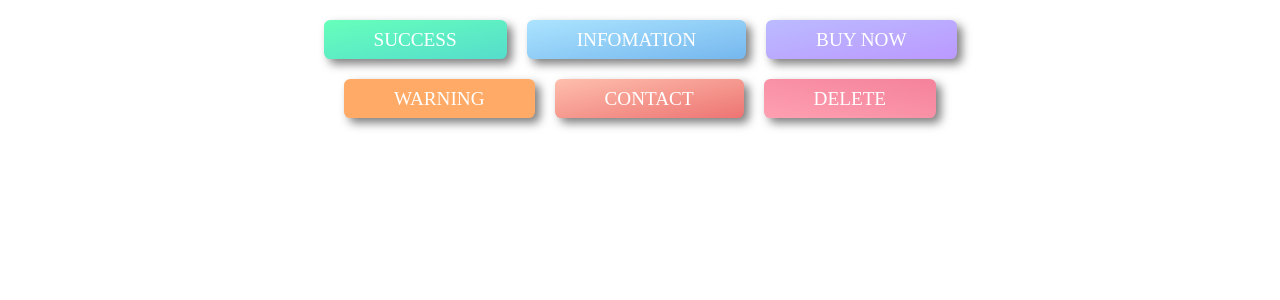
Repository: ThanhPhongsof/Css-Course
Page: index.html
These files come from the project's save history. The page is drawn as it stood at one moment and after the next save; the edit follows.
The browser window is 1280 px wide. The pictures show the whole page.

Above is the page before, as saved 2022-05-16 08:25:29.

### index.html
<!DOCTYPE html>
<html lang="en">
  <head>
    <meta charset="UTF-8" />
    <meta http-equiv="X-UA-Compatible" content="IE=edge" />
    <meta name="viewport" content="width=device-width, initial-scale=1.0" />
    <title>Document</title>
    <link rel="stylesheet" href="./reset.css" />
    <link rel="stylesheet" href="./styles.css" />
  </head>
  <body>
    <div class="group-button">
      <a href="" class="button button--green">success</a>
      <a href="" class="button button--blue">infomation</a>
      <a href="" class="button button--purple">buy now</a>
    </div>
    <div class="group-button">
      <a href="" class="button button--orange">warning</a>
      <a href="" class="button button--red">contact</a>
      <a href="" class="button button--pink">delete</a>
    </div>
  </body>
</html>

### styles.css
.group-button {
  display: flex;
  align-items: center;
  justify-content: center;
  gap: 20px;
  margin-top: 20px;
}

.button {
  text-decoration: none;
  text-transform: uppercase;
  background: #000;
  color: white;
  font-size: 1.2rem;
  padding: 10px 50px;
  border-radius: 0.4rem;
  font-weight: 500;
  box-shadow: 5px 5px 10px rgba(0, 0, 0, 0.5);
}

.button--green {
  background-image: linear-gradient(to right bottom, #6fb, #5dc);
}

.button--blue {
  background-image: linear-gradient(to right bottom, #ace4ff, #75b7ee);
}

.button--purple {
  background-image: linear-gradient(to right bottom, #bbf, #b9f);
}

.button--orange {
  background-image: linear-gradient(to right bottom, #fa6, #fa6);
}

.button--red {
  background-image: linear-gradient(to right bottom, #febfac, #ed7473);
}

.button--pink {
  background-image: linear-gradient(to top right, #fea0b1, #f4829a);
}

Loaded but not shown: reset.css (common file)

After the next save:
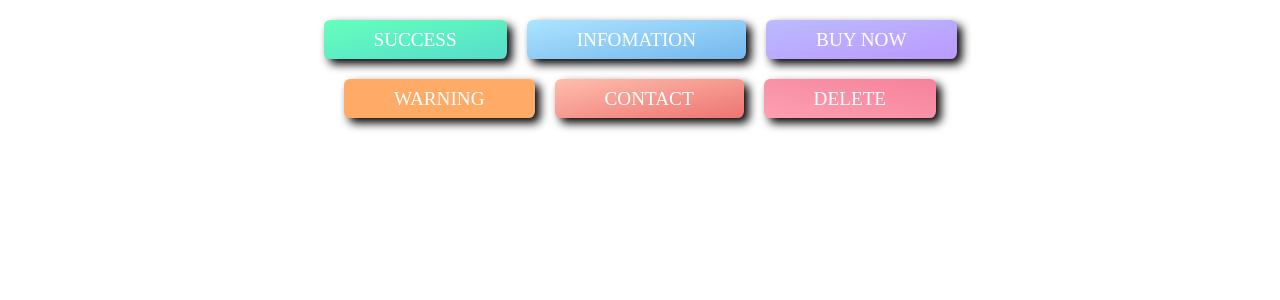
Saved 45 s later.
--- a/styles.css
+++ b/styles.css
@@ -15,7 +15,7 @@
   padding: 10px 50px;
   border-radius: 0.4rem;
   font-weight: 500;
-  box-shadow: 5px 5px 10px rgba(0, 0, 0, 0.5);
+  box-shadow: 5px 5px 10px #000;
 }
 
 .button--green {
